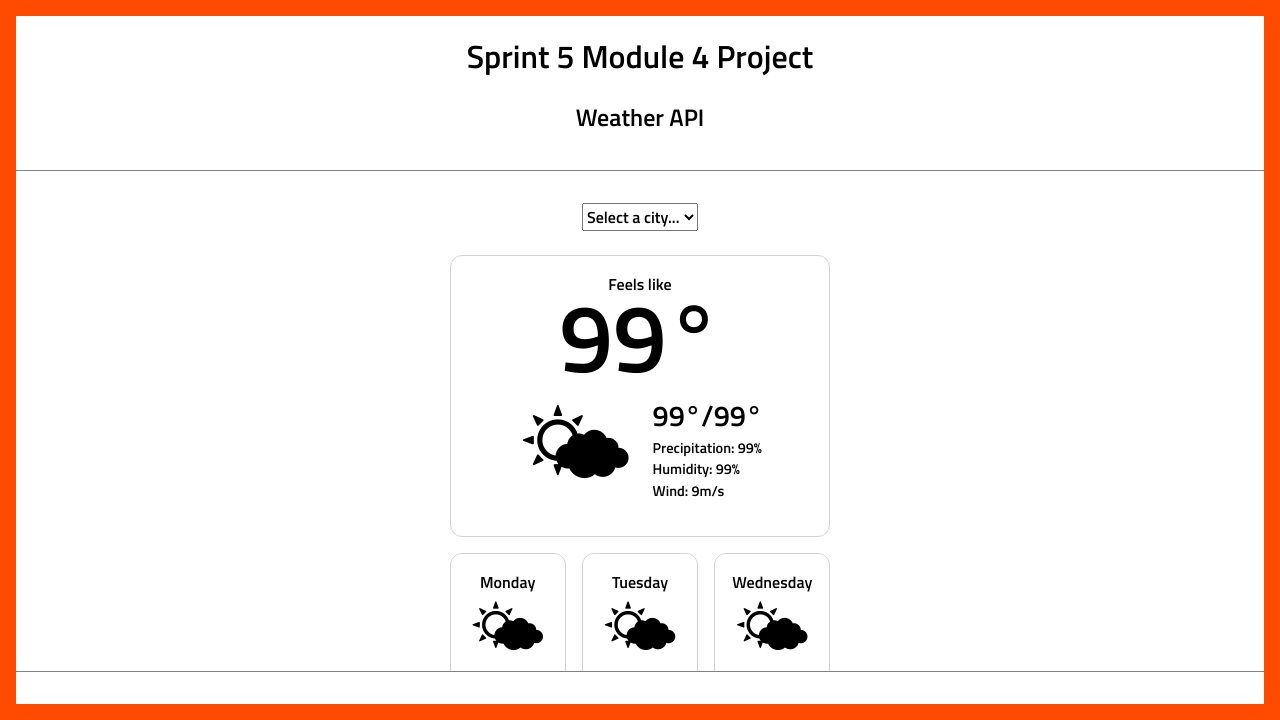
Repository: bloominstituteoftechnology/module-project-weather-api-yoshimario
Page: frontend/index.html
An editor plug-in stored every save of this project. The page is shown before and after the next save, followed by the edit.
The browser window is 1280 px wide. The pictures show the whole page.
An inner scrolling area shows only its first screen.

Above is the page before, as saved 2023-09-29 16:54:13.
Console error: SyntaxError: Unexpected token 'try'

### frontend/index.html
<!--
❗ DO NOT CHANGE THIS FILE
❗ DO NOT CHANGE THIS FILE
❗ DO NOT CHANGE THIS FILE
-->
<!DOCTYPE html>
<html lang="en">

<head>
  <meta charset="UTF-8">
  <title>Sprint 5 Module 4 Project</title>
  <link rel="stylesheet" href="reset.css">
  <link rel="stylesheet" href="styles.css">
  <script defer src="https://unpkg.com/axios/dist/axios.min.js"></script>
  <script defer src="index.js"></script>
</head>

<body>
  <header>
    <h1>Sprint 5 Module 4 Project</h1>
    <h2>Weather API</h2>
    <p class="info"></p>
  </header>
  <section>
    <select id="citySelect">
      <option selected disabled hidden>Select a city...</option>
      <option>San Francisco</option>
      <option>New York</option>
      <option>Detroit</option>
      <option>Honolulu</option>
    </select>
    <div id="weatherWidget">
      <div id="today" class="card col">
        <div id="apparentTemp" class="col">
          <div>Feels like</div>
          <div>99°</div>
        </div>
        <div class="row">
          <div id="todayDescription">🌤</div>
          <div id="todayStats" class="col">
            <div>99°/99°</div>
            <div>Precipitation: 99%</div>
            <div>Humidity: 99%</div>
            <div>Wind: 9m/s</div>
          </div>
        </div>
      </div>
      <div id="forecast" class="row">
        <div class="next-day card col">
          <div>Monday</div>
          <div>🌤</div>
          <div>99°/99°</div>
          <div>Precipitation 99%</div>
        </div>
        <div class="next-day card col">
          <div>Tuesday</div>
          <div>🌤</div>
          <div>99°/99°</div>
          <div>Precipitation 99%</div>
        </div>
        <div class="next-day card col">
          <div>Wednesday</div>
          <div>🌤</div>
          <div>99°/99°</div>
          <div>Precipitation 99%</div>
        </div>
      </div>
      <div id="location" class="col">
        <div>Detroit</div>
        <div>United States</div>
      </div>
    </div>
  </section>
  <footer></footer>
</body>

</html>

### frontend/reset.css
/* ❗ DO NOT CHANGE THIS FILE */
/* ❗ DO NOT CHANGE THIS FILE */
/* ❗ DO NOT CHANGE THIS FILE */

/* RESET BY https://www.joshwcomeau.com/css/custom-css-reset */
*,
*::before,
*::after {
  box-sizing: border-box;
}

* {
  margin: 0;
}

html,
body {
  height: 100%;
}

body {
  line-height: 1.5;
  -webkit-font-smoothing: antialiased;
}

img,
picture,
video,
canvas,
svg {
  display: block;
  max-width: 100%;
}

input,
button,
textarea,
select {
  font: inherit;
}

p,
h1,
h2,
h3,
h4,
h5,
h6 {
  overflow-wrap: break-word;
}

#root,
#__next {
  isolation: isolate;
}

### frontend/styles.css
/* ❗ DO NOT CHANGE THIS FILE */
/* ❗ DO NOT CHANGE THIS FILE */
/* ❗ DO NOT CHANGE THIS FILE */
@font-face {
  font-family: 'Titillium Web';
  src: url('./TitilliumWeb.ttf');
}

body {
  font-family: 'Titillium Web', sans-serif;
  border: 1rem solid #ff4b00;
}

body,
section {
  display: flex;
  flex-direction: column;
  align-items: center;
}

h1,
h2 {
  margin-bottom: 1.2rem;
}

h4 {
  margin-top: 0.4rem;
  cursor: pointer;
}

header {
  padding: 1rem;
  text-align: center;
}

@keyframes color-change {
  100% { color: #ff4b00; }
}

header .info {
  font-size: 1.3rem;
  font-style: italic;
  animation: color-change .5s infinite alternate;
}

section {
  width: 100%;
  overflow-y: auto;
  border-top: 1px solid grey;
  border-bottom: 1px solid grey;
  padding-top: 2rem;
  padding-bottom: 2rem;
}

footer {
  padding: 1rem;
}

.col {
  display: flex;
  flex-direction: column;
  align-items: center;
}

.row {
  display: flex;
  align-items: center;
  justify-content: space-evenly;
}

#weatherWidget {
  margin-top: 1rem;
}

#forecast {
  align-self: flex-start;
}

.card {
  border: 1px solid lightgray;
  border-radius: 12px;
  padding: 1rem 0 1rem 0;
  margin: 0.5rem;
  padding: 1rem;
}

#apparentTemp {
  margin-bottom: -2rem;
}

#apparentTemp>div:nth-child(1) {
  margin-bottom: -2rem;
}

#apparentTemp>div:nth-child(2) {
  font-size: 6em;
}

#todayDescription {
  font-size: 6em;
  margin-right: 1.2rem;
}

#todayStats>div:first-child {
  font-size: 2em;
}

#todayStats {
  align-items: flex-start;
  font-size: 0.9rem;
}

.next-day>div:nth-child(2) {
  font-size: 4em;
  margin-top: -0.8rem;
  margin-bottom: -0.8rem;
}

.next-day>div:nth-child(4) {
  font-size: 0.7em;
}

#location>div:nth-child(1) {
  margin-top: 1rem;
  font-size: 1.75em;
}

#location>div:nth-child(2) {
  font-size: 1.2em;
}

### frontend/index.js
async function moduleProject4() {

  // 👇 WORK WORK BELOW THIS LINE 👇
  const footer = document.querySelector('footer')
  const currentYear = new Date().getFullYear()
  footer.textContent = `© BLOOM INSTITUTE OF TECHNOLOGY ${currentYear}`



  let descriptions = [
    ["Sunny", "☀️"],
    ["Cloudy", "☁️"],
    ["Rainy", "🌧️"],
    ["Thunderstorm", "⛈️"],
    ["Snowy", "❄️"],
    ["Partly Cloudy", "⛅️"]
  ]

  // 👉 Tasks 1 - 5 go here
  document.querySelector('#weatherWidget').style.display = 'none'
  document.querySelector('#citySelect').addEventListener('change', async evt =>(
  console.log('selection changed')
  try {
    document.querySelector('#citySelect').setAttribute('disabled', 'disabled');
    document.querySelector('#weatherWidget').style.display = 'none';
  } catch (err) {
    // Handle errors here
    console.error(err);
  }
});
  // 👆 WORK WORK ABOVE THIS LINE 👆

}

// ❗ DO NOT CHANGE THE CODE  BELOW
// ❗ DO NOT CHANGE THE CODE  BELOW
// ❗ DO NOT CHANGE THE CODE  BELOW
if (typeof module !== 'undefined' && module.exports) module.exports = { moduleProject4 }
else moduleProject4()

After the next save:
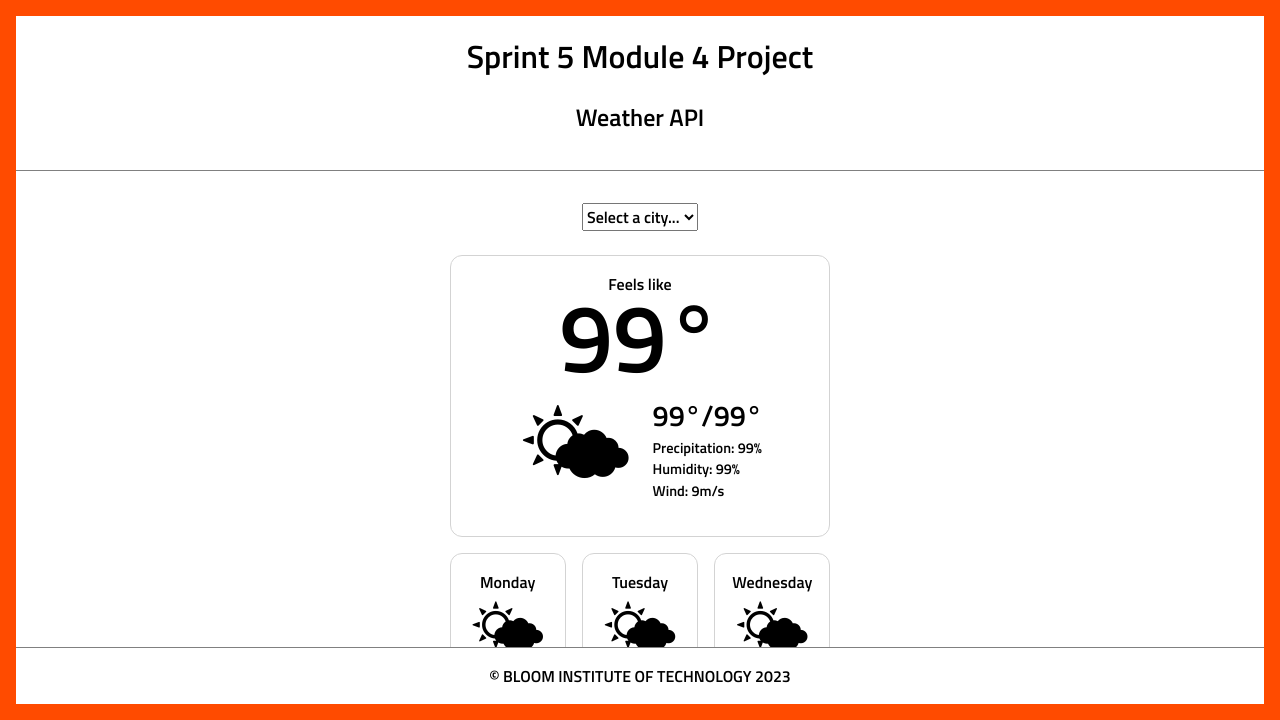
The error is gone.
Saved 18 s later.
--- a/frontend/index.js
+++ b/frontend/index.js
@@ -17,17 +17,16 @@ async function moduleProject4() {
   ]
 
   // 👉 Tasks 1 - 5 go here
-  document.querySelector('#weatherWidget').style.display = 'none'
-  document.querySelector('#citySelect').addEventListener('change', async evt =>(
-  console.log('selection changed')
-  try {
-    document.querySelector('#citySelect').setAttribute('disabled', 'disabled');
-    document.querySelector('#weatherWidget').style.display = 'none';
-  } catch (err) {
-    // Handle errors here
-    console.error(err);
-  }
-});
+  document.querySelector('#citySelect').addEventListener('change', async (evt) => {
+    console.log('selection changed');
+    try {
+      document.querySelector('#citySelect').setAttribute('disabled', 'disabled');
+      document.querySelector('#weatherWidget').style.display = 'none';
+    } catch (err) {
+      // Handle errors here
+      console.error(err);
+    }
+  });
   // 👆 WORK WORK ABOVE THIS LINE 👆
 
 }
